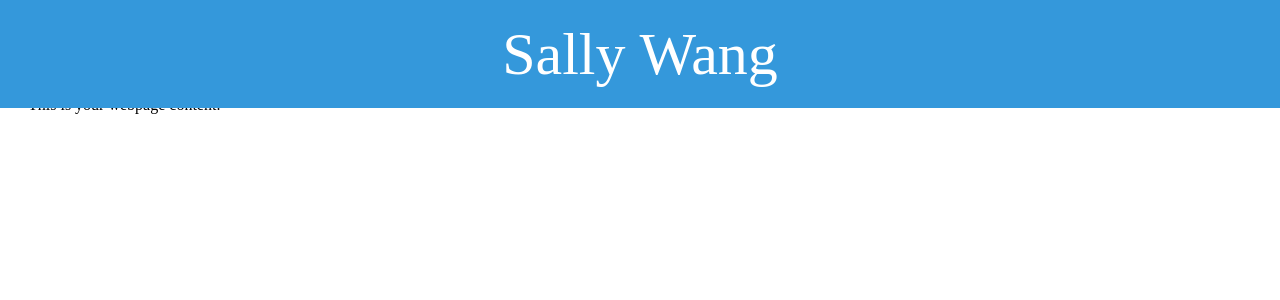
Repository: tianjiewang2022/tianjiewang2022.github.io
Page: index.html
The author's editor kept a copy of each file at every save. The page is drawn from the files as they stood at one save, then again after the next save.
The browser window is 1280 px wide. The pictures show the whole page.

Above is the page before, as saved 2023-10-01 21:58:07.

### index.html
<!DOCTYPE html>
<html lang="en">

    <head>
        <meta charset="UTF-8">
        <meta name="viewport" content="width=device-width, initial-scale=1.0">
        <title>Sally's Webpage</title>
        <style>
            body {
                margin: 60;
                padding: 60;
            }

            header {
                background-color: #3498db;
                /* Choose your header color */
                color: white;
                position: fixed;
                top: 0;
                left: 0;
                width: 100%;
                height: 15%;
                /* Adjust the header height as needed */
                display: flex;
                align-items: center;
                justify-content: center;
                z-index: 100;
                font-size: 60px;
            }

            .container {
                margin-top: 60px;
                /* Ensure content starts below the header */
                padding: 20px;
            }
        </style>
    </head>

    <body>
        <header>
            Sally Wang
        </header>

        <div class="container">
            <!-- Your content goes here -->
            <p>This is your webpage content.</p>
        </div>
    </body>

</html>

After the next save:
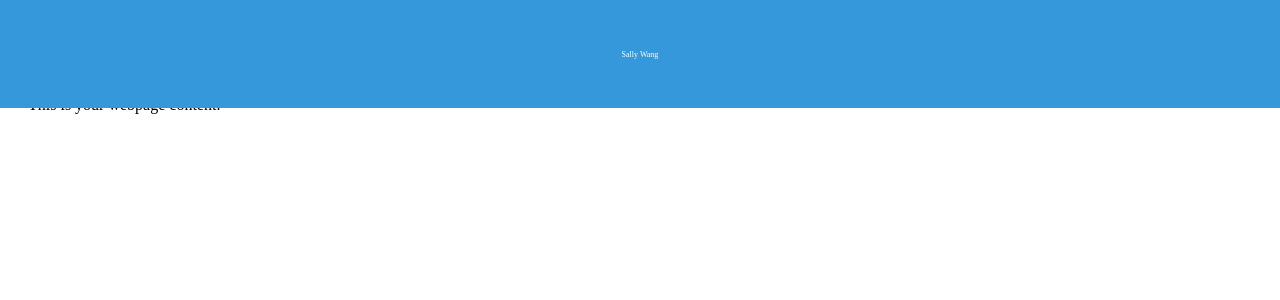
Saved 12 s later.
--- a/index.html
+++ b/index.html
@@ -25,7 +25,7 @@
                 align-items: center;
                 justify-content: center;
                 z-index: 100;
-                font-size: 60px;
+                font-size: 50%;
             }
 
             .container {
